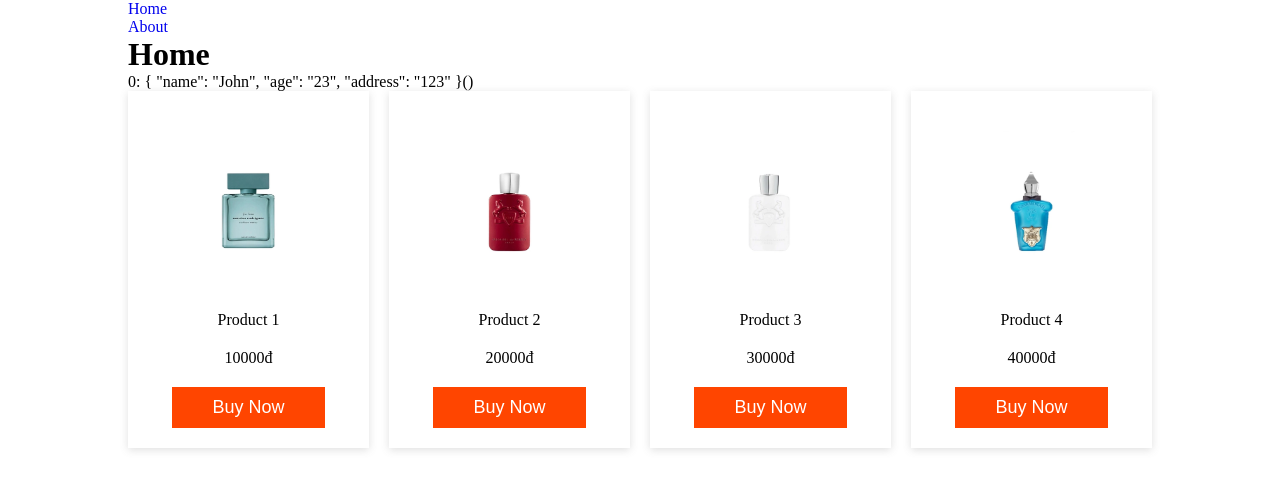
Repository: tuankiet10920/vuejs
Page: /
These files come from the project's save history. The page is drawn as it stood at one moment and after the next save; the edit follows.
The browser window is 1280 px wide. The pictures show the whole page.
The project was rebuilt for these pictures with package versions that can differ from the ones it lists, and the page was loaded fresh each time. Also part of the build but not shown: vite.config.js.

Above is the page before, as saved 2024-08-23 12:16:35.

After the next save:
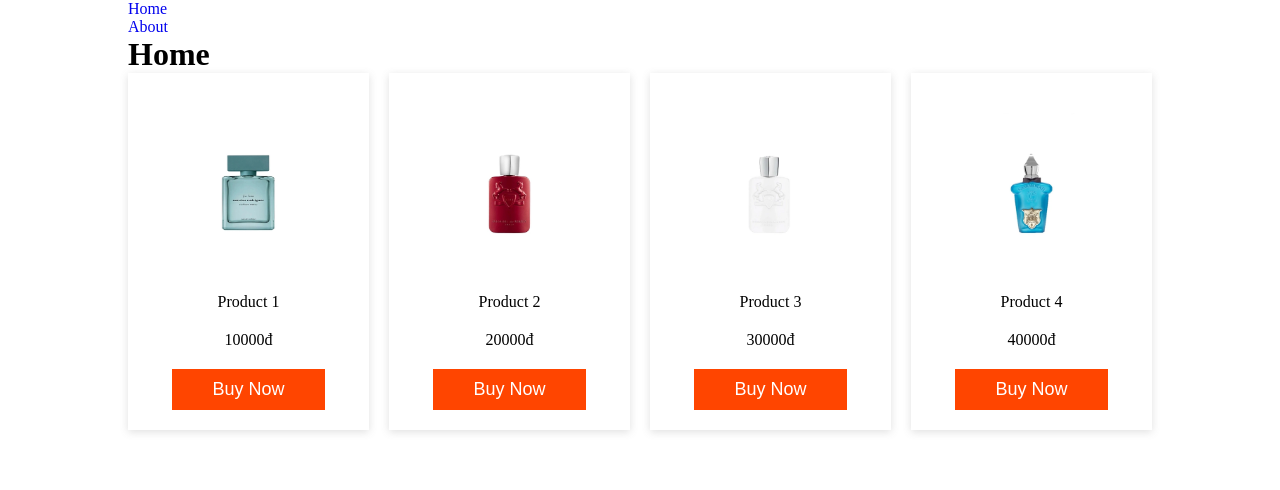
Saved 30 s later.
--- a/src/components/products.vue
+++ b/src/components/products.vue
@@ -18,13 +18,6 @@
 </script>
 
 <template>
-
-    <ul>
-        <li v-for="(value, key, index) in users" :key="key">
-            {{ key }}: {{ value }}({{ index }})
-        </li>
-    </ul>
-
     <div class="products">
         <ProductComponent v-for="el in data" :key="el.id" :id="el.id" :name="el.name" :image="el.image" :price="el.price"/>
     </div>
